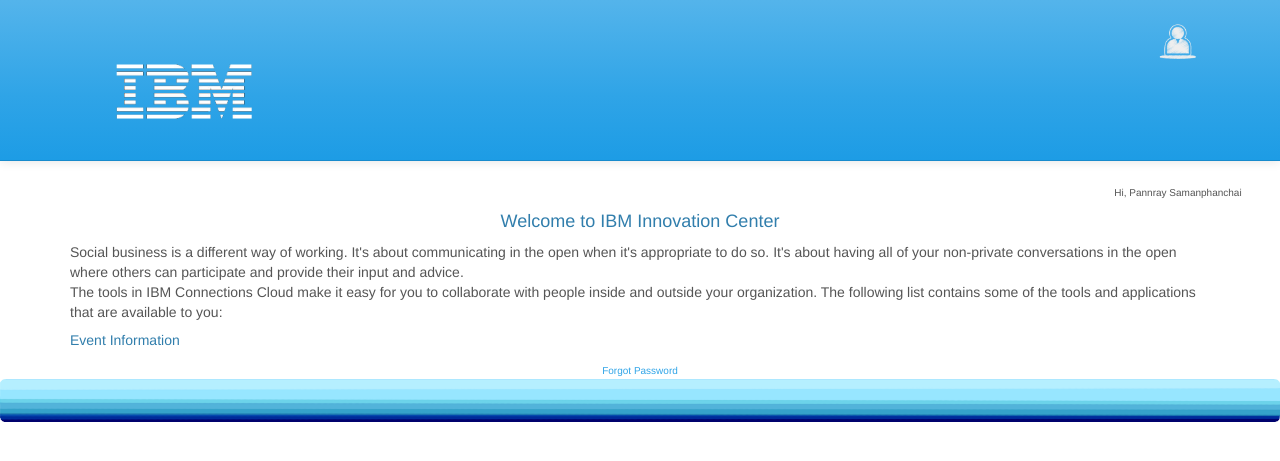
Repository: InnovationCenterOrg/InnovationCustomer
Page: http://localhost/InnovationCustomer/view/test.jsp
An editor plug-in stored every save of this project. The page is shown before and after the next save, followed by the edit.
The browser window is 1280 px wide. The pictures show the whole page.
Some web libraries are served in a nearby version. The page is served by Tomcat 9.

Above is the page before, as saved 2016-03-03 03:30:04.

After the next save:
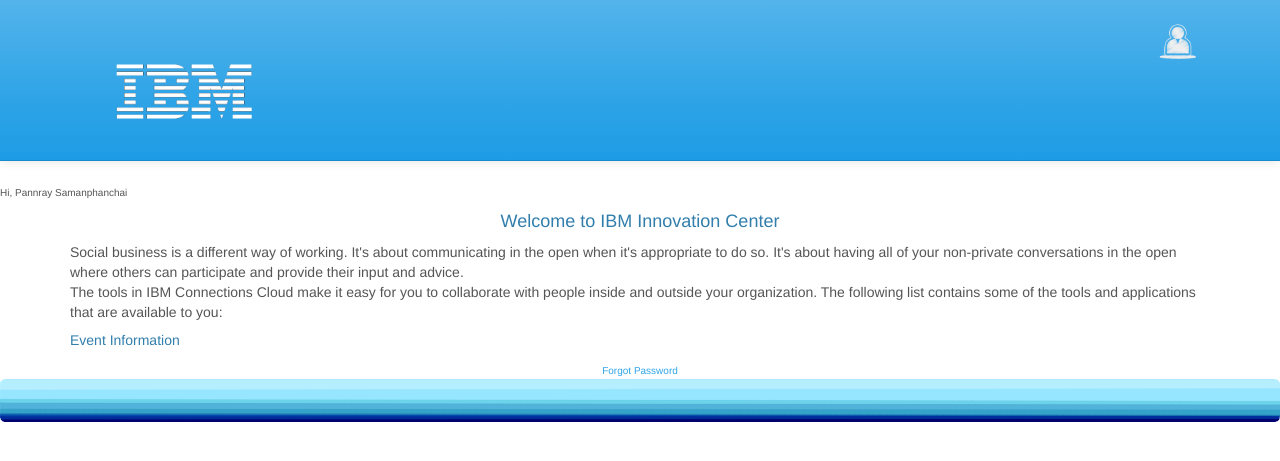
Saved 96 s later.
--- a/InnovationCustomer/WebContent/view/test.jsp
+++ b/InnovationCustomer/WebContent/view/test.jsp
@@ -54,9 +54,8 @@
 							<li><a href="./DashboardMainAction">Dashboard</a></li>
 							<li><a href="./ReportMainAction">Report</a></li>
 					</ul></li></ul> -->
-	<div align="right" style="padding-right: 3%;">
-		<font style="font-size: x-small;">Hi, Pannray Samanphanchai</font>
-	</div>
+	<font style="font-size: x-small;">Hi, Pannray Samanphanchai</font>
+
 	<div class="container">
 	<h4 align="center">Welcome to IBM Innovation Center</h4>
 	Social business is a different way of working. It's about communicating in the open when it's appropriate to do so. It's about having all of your non-private conversations in the open where others can participate and provide their input and advice.

After the save that followed:
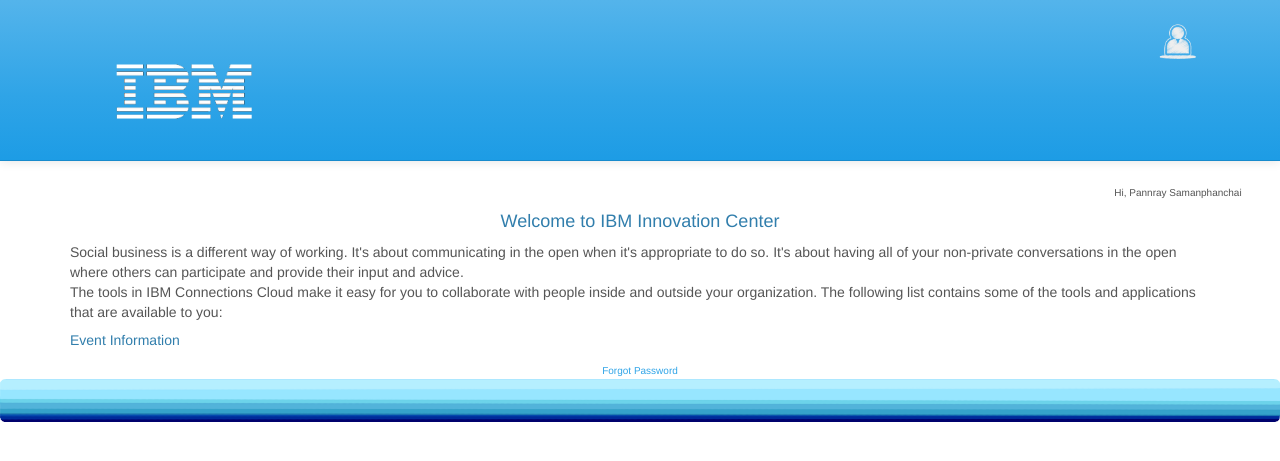
Saved 16 s later.
--- a/InnovationCustomer/WebContent/view/test.jsp
+++ b/InnovationCustomer/WebContent/view/test.jsp
@@ -54,8 +54,9 @@
 							<li><a href="./DashboardMainAction">Dashboard</a></li>
 							<li><a href="./ReportMainAction">Report</a></li>
 					</ul></li></ul> -->
-	<font style="font-size: x-small;">Hi, Pannray Samanphanchai</font>
-
+	<div align="right" style="padding-right: 3%;">
+		<font style="font-size: x-small;">Hi, Pannray Samanphanchai</font>
+	</div>
 	<div class="container">
 	<h4 align="center">Welcome to IBM Innovation Center</h4>
 	Social business is a different way of working. It's about communicating in the open when it's appropriate to do so. It's about having all of your non-private conversations in the open where others can participate and provide their input and advice.
